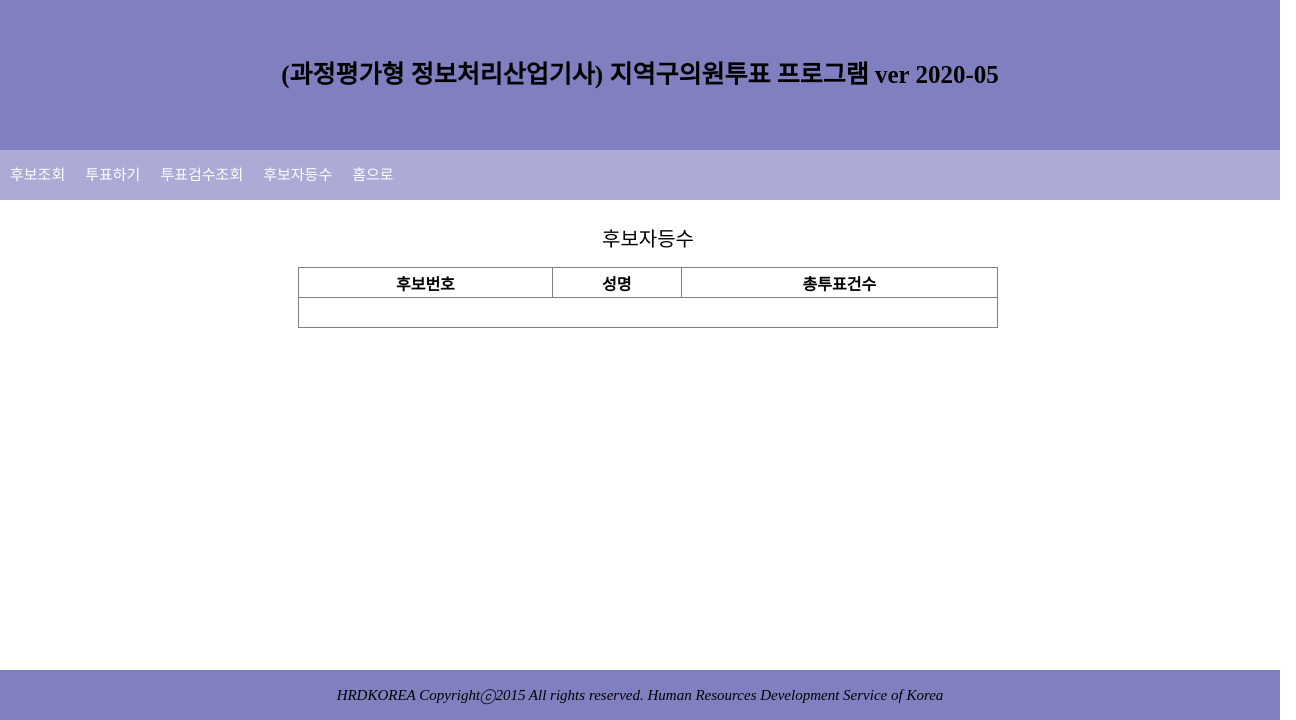
Repository: eunbiro/HRD_1236
Page: http://localhost/HRD_1235/rank.jsp
An editor plug-in stored every save of this project. The page is shown before and after the next save, followed by the edit.
The browser window is 1280 px wide. The page is 1296 px wide, so the pictures cover 1296 px, including what lies to the right of the window. The pictures show the whole page.
The page is served by Tomcat 9. Other server files are loaded and not shown.

Above is the page before, as saved 2022-12-22 06:45:59.

### HRD_1235/src/main/webapp/rank.jsp
<%@ page language="java" contentType="text/html; charset=UTF-8"
    pageEncoding="UTF-8"%>
<!DOCTYPE html>
<html>
<head>
<meta charset="UTF-8">
<title>후보자등수</title>
<link rel="stylesheet" href="style.css">
</head>
<body>
	<%@ include file="header.jsp" %>
	<section>
		<div class="title">후보자등수</div>
		<div class="wrapper">
			<table>
				<tr>
					<th>후보번호</th>
					<th>성명</th>
					<th>총투표건수</th>
				</tr>
				<tr>
				</tr>
			</table>
		</div>
	</section>
	<%@ include file="footer.jsp" %>

</body>
</html>

### HRD_1235/src/main/webapp/header.jsp
<%@ page language="java" contentType="text/html; charset=UTF-8"
    pageEncoding="UTF-8"%>
<!DOCTYPE html>
<html>
<head>
<meta charset="UTF-8">
<title>Insert title here</title>
</head>
<body>
	<header>(과정평가형 정보처리산업기사) 지역구의원투표 프로그램 ver 2020-05</header>
	<nav>
		<ul class="menu">
			<li><a href="list">후보조회</a></li>
			<li><a href="add">투표하기</a></li>
			<li><a href="result">투표검수조회</a></li>
			<li><a href="rank">후보자등수</a></li>
			<li><a href="home">홈으로</a></li>
		</ul>
	</nav>
</body>
</html>

### HRD_1235/src/main/webapp/footer.jsp
<%@ page language="java" contentType="text/html; charset=UTF-8"
    pageEncoding="UTF-8"%>
<!DOCTYPE html>
<html>
<head>
<meta charset="UTF-8">
<title>Insert title here</title>
</head>
<body>
	<footer>HRDKOREA Copyrightⓒ2015 All rights reserved. Human Resources Development Service of Korea</footer>
</body>
</html>

### HRD_1235/src/main/webapp/style.css
@charset "UTF-8";

* {
	margin: 0;
	padding: 0;
}

a {
	text-decoration: none;
	color: #fff;
}

header {
	width: 100%;
	height: 150px;
	line-height: 150px;
	background: #8080c0;
	font-size: 25px;
	text-align: center;
	font-weight: 900;
}

.menu {
	display: flex;
	list-style: none;
	width: 100%;
	background: #ababd6;
}

.menu li {
	margin: 5px;
	padding: 5px;
	height: 30px;
	line-height: 30px;
	font-size: 15px;
}

section {
	width: 100%;
	height: 100%;
	padding: 8px;
}

.title {
	width: 100%;
	margin: 15px 0;
	font-size: 20px;
	text-align: center;
	font-weight: 500;
}

.wrapper {
	display: flex;
	justify-content: center;
	align-items: center;
	text-align: center;
}

table {
	width: 700px;
}

table, tr, td, th {
	border: 1px solid gray;
	border-collapse: collapse;
}

table tr {
	height: 30px;
}

td > input, td select, td label {
	float: left;
	padding: 5px 8px;
	margin: 2px 5px;
}

.inp {
	width: 500px;
}

td select {
	width: 150px;
}

td input[name=jumin] {
	width: 200px;
}

td input[name=place] {
	width: 190px;
}

td a {
	float: left;
	color: #000000;
	height: 30px;
	line-height: 30px;
}



footer {
	position: fixed;
	width: 100%;
	height: 50px;
	line-height: 50px;
	bottom: 0;
	background: #8080c0;
	font-size: 15px;
	font-style: italic;
	text-align: center;
}

After the next save:
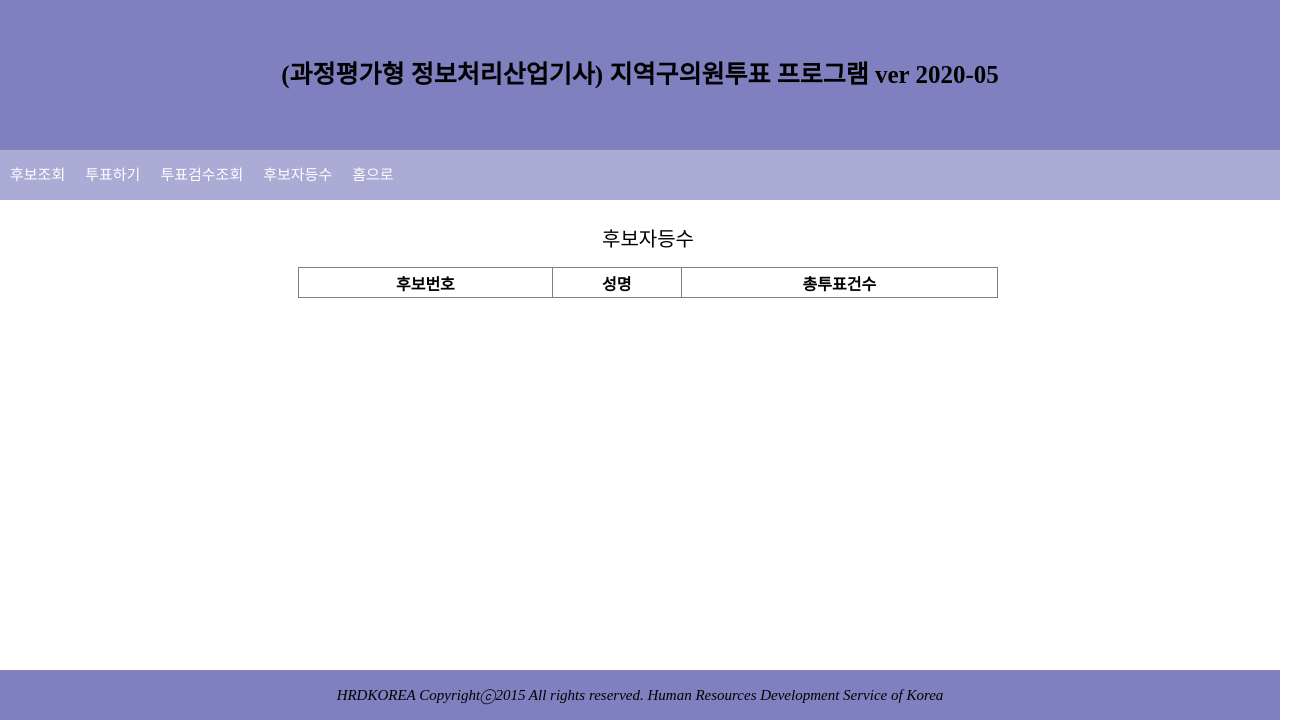
Saved 5 s later.
--- a/HRD_1235/src/main/webapp/rank.jsp
+++ b/HRD_1235/src/main/webapp/rank.jsp
@@ -18,8 +18,6 @@
 					<th>성명</th>
 					<th>총투표건수</th>
 				</tr>
-				<tr>
-				</tr>
 			</table>
 		</div>
 	</section>
